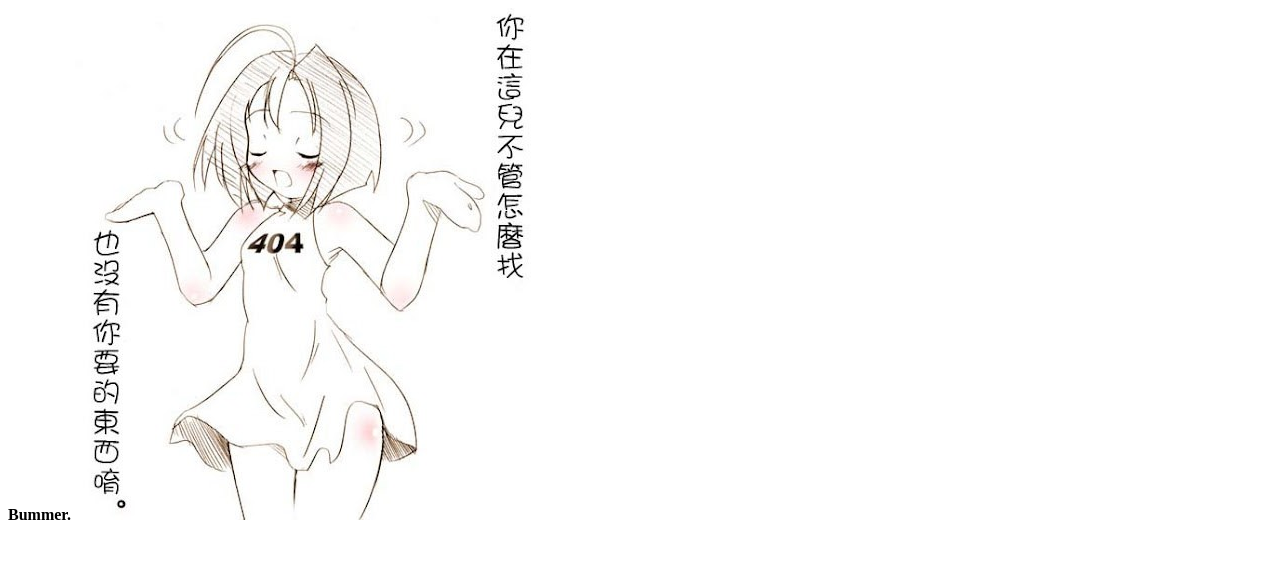
Repository: Freshield/GAEJSP
Page: http://localhost/Chp9.1/errorPage.jsp
An editor plug-in stored every save of this project. The page is shown before and after the next save, followed by the edit.
The browser window is 1280 px wide. The pictures show the whole page.
The page is served by Tomcat 9. Other server files are loaded and not shown.

Above is the page before, as saved 2016-03-30 21:15:31.

### real-headfirst/Chp9.1/WebContent/errorPage.jsp
<%@ page language="java" contentType="text/html; charset=ISO-8859-1"
    pageEncoding="ISO-8859-1"%>
<%@ page isErrorPage="true" %>
<!DOCTYPE html PUBLIC "-//W3C//DTD HTML 4.01 Transitional//EN" "http://www.w3.org/TR/html4/loose.dtd">
<html>
<head>
<meta http-equiv="Content-Type" content="text/html; charset=ISO-8859-1">
<title>Insert title here</title>
</head>
<body>
<strong>Bummer.</strong>
<img alt="error img" src="images/404.jpg">

</body>
</html>

After the next save:
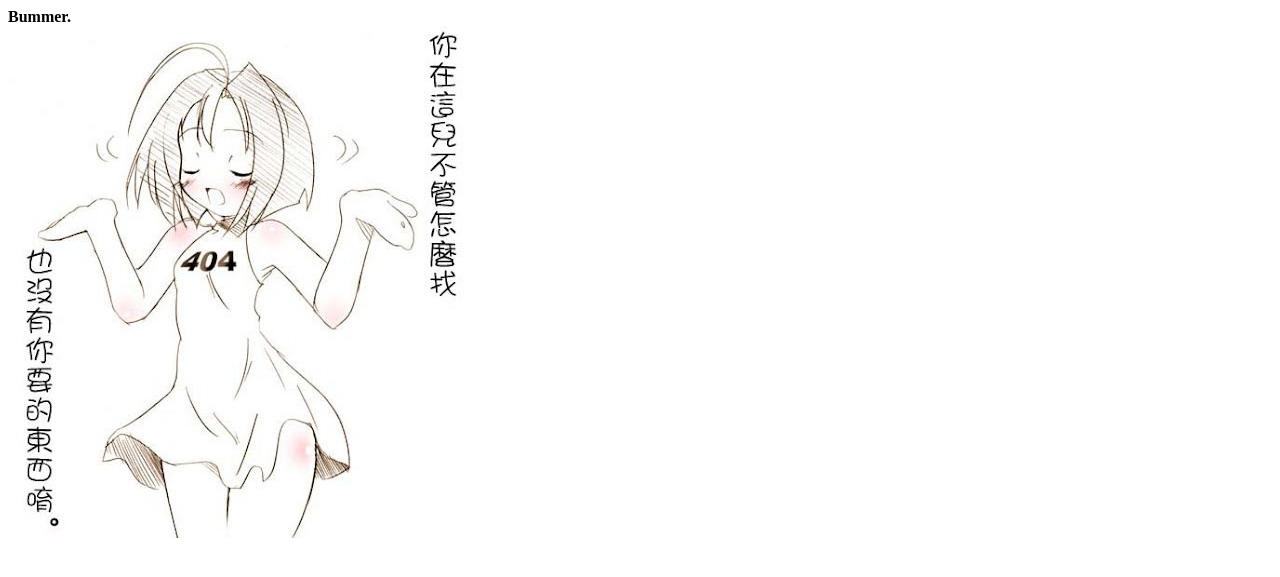
Saved 10 s later.
--- a/real-headfirst/Chp9.1/WebContent/errorPage.jsp
+++ b/real-headfirst/Chp9.1/WebContent/errorPage.jsp
@@ -8,7 +8,7 @@
 <title>Insert title here</title>
 </head>
 <body>
-<strong>Bummer.</strong>
+<strong>Bummer.</strong><br>
 <img alt="error img" src="images/404.jpg">
 
 </body>
